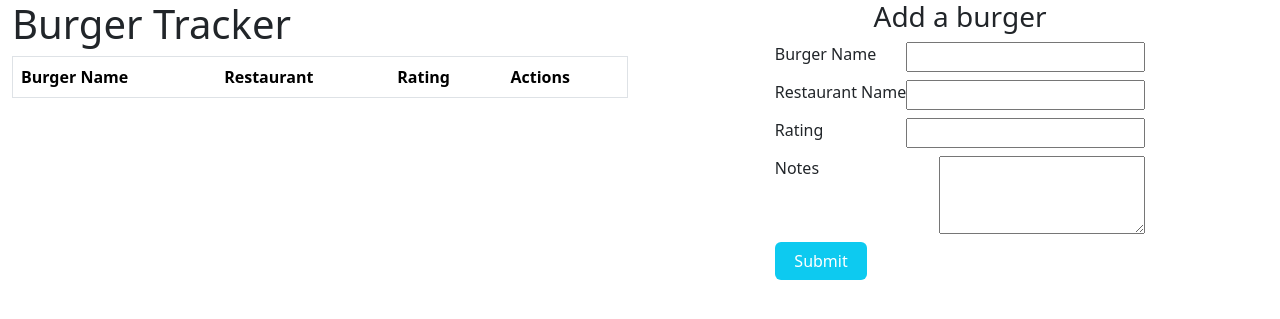
Repository: Hokusai12/Java_Dojo
Page: http://localhost/burgertracker/WEB-INF/index.jsp
The author's editor kept a copy of each file at every save. The page is drawn from the files as they stood at one save, then again after the next save.
The browser window is 1280 px wide. The pictures show the whole page.
The page is served by Tomcat 9. Nobody is signed in. Other server files are loaded and not shown. The template is opened directly, without the code that normally fills it, so the values that code supplies are empty.

Above is the page before, as saved 2023-03-05 20:42:05.

### Spring/MVC/burgertracker/src/main/webapp/WEB-INF/index.jsp
<%@ page language="java" contentType="text/html; charset=ISO-8859-1"
	pageEncoding="ISO-8859-1"%>
<%@ taglib prefix="c" uri="http://java.sun.com/jsp/jstl/core"%>
<%@ taglib prefix="form" uri="http://www.springframework.org/tags/form"%>
<%@ page isErrorPage="true"%>
<!DOCTYPE html>
<html>
<head>
<meta charset="ISO-8859-1">
<link
	href="https://cdn.jsdelivr.net/npm/bootstrap@5.3.0-alpha1/dist/css/bootstrap.min.css"
	rel="stylesheet"
	integrity="sha384-GLhlTQ8iRABdZLl6O3oVMWSktQOp6b7In1Zl3/Jr59b6EGGoI1aFkw7cmDA6j6gD"
	crossorigin="anonymous">
<title>Burgerator</title>
</head>
<body>
	<div class="d-flex">
		<div class="container col-6">
			<h1>Burger Tracker</h1>
			<table class="table border">
				<thead>
					<tr>
						<th>Burger Name</th>
						<th>Restaurant</th>
						<th>Rating</th>
						<th>Actions</th>
					</tr>
				</thead>
				<tbody>
					<c:forEach items="${burgers}" var="burger">
						<tr>
							<td>${burger.name}</td>
							<td>${burger.restaurant}</td>
							<td>${burger.rating}</td>
							<td><a href="/burgers/edit/${burger.id}">Edit</a></td>
						</tr>
					</c:forEach>
				</tbody>
			</table>
		</div>
		<div class="container d-flex flex-column align-items-center">
			<h3>Add a burger</h3>
			<form:form class="d-flex flex-column gap-2" action="/"
				method="POST" modelAttribute="burger">
				<div class="d-flex justify-content-between">
					<form:label path="name">Burger Name</form:label>
					<form:input type="text" path="name" />
				</div>
				<form:errors class="text-danger" path="name" />
				<div class="d-flex justify-content-between">
					<form:label path="restaurant">Restaurant Name</form:label>
					<form:input type="text" path="restaurant" />
				</div>
				<form:errors class="text-danger" path="restaurant" />
				<div class="d-flex justify-content-between">
					<form:label path="rating">Rating</form:label>
					<form:input type="text" path="rating" step="0.1" />
				</div>
				<form:errors class="text-danger" path="rating" />
				<div class="d-flex justify-content-between">
					<form:label path="notes">Notes</form:label>
					<form:textarea path="notes" id="notes" cols="20" rows="3"></form:textarea>
				</div>
				<form:errors class="text-danger" path="notes" />
				<input
					class="col-3 btn bg-info text-white <align-self-end></align-self-end>"
					type="submit" value="Submit" />
			</form:form>
		</div>
	</div>
</body>
</html>

After the next save:
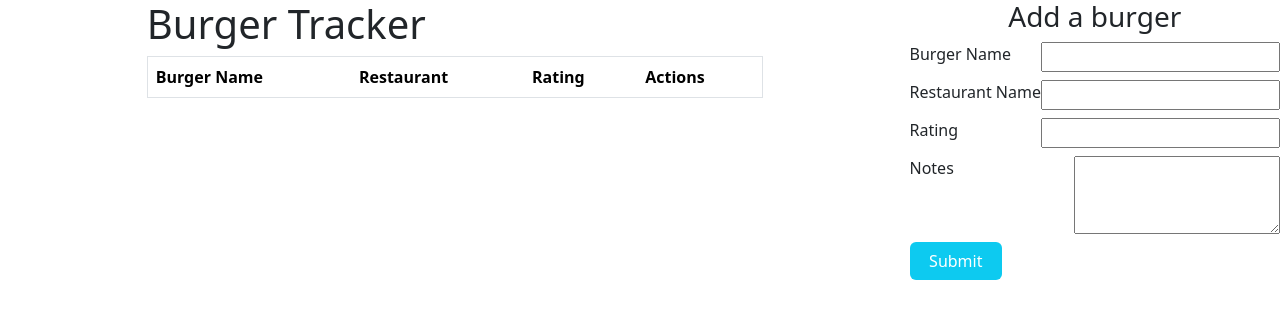
Saved 21 s later.
--- a/Spring/MVC/burgertracker/src/main/webapp/WEB-INF/index.jsp
+++ b/Spring/MVC/burgertracker/src/main/webapp/WEB-INF/index.jsp
@@ -39,7 +39,7 @@
 				</tbody>
 			</table>
 		</div>
-		<div class="container d-flex flex-column align-items-center">
+		<div class="d-flex flex-column align-items-center">
 			<h3>Add a burger</h3>
 			<form:form class="d-flex flex-column gap-2" action="/"
 				method="POST" modelAttribute="burger">

After the save that followed:
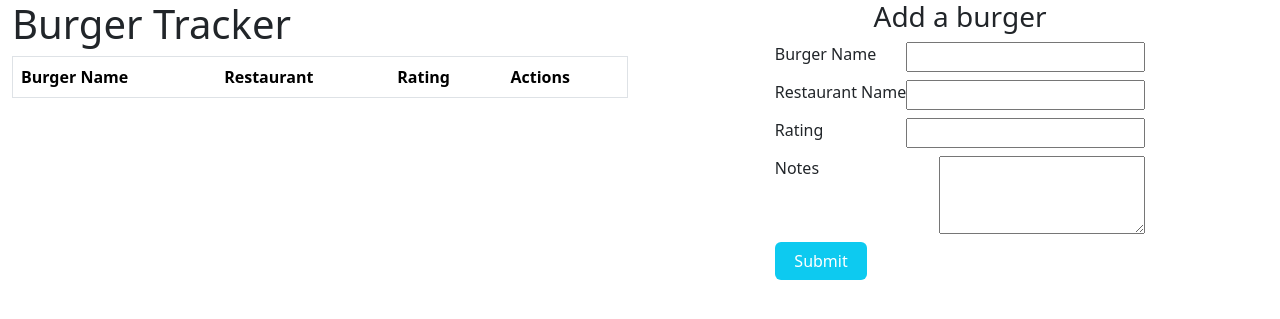
Saved 6 s later.
--- a/Spring/MVC/burgertracker/src/main/webapp/WEB-INF/index.jsp
+++ b/Spring/MVC/burgertracker/src/main/webapp/WEB-INF/index.jsp
@@ -39,7 +39,7 @@
 				</tbody>
 			</table>
 		</div>
-		<div class="d-flex flex-column align-items-center">
+		<div class="container d-flex flex-column align-items-center">
 			<h3>Add a burger</h3>
 			<form:form class="d-flex flex-column gap-2" action="/"
 				method="POST" modelAttribute="burger">
